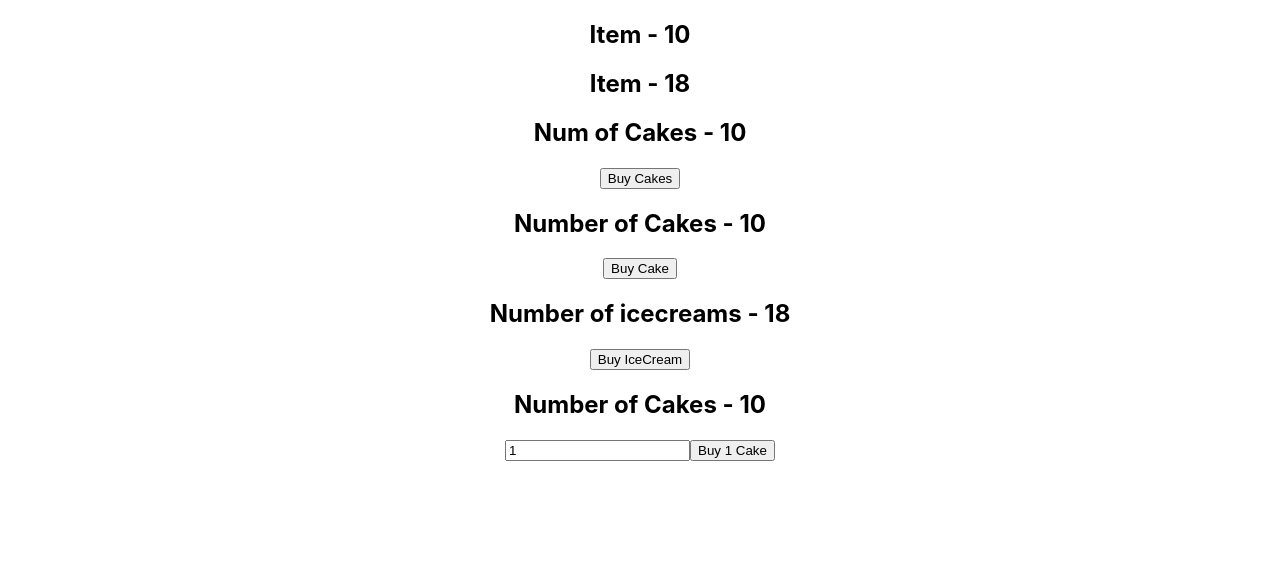
Repository: hardikaureate/react-redux-demo-axios
Page: /
The author's editor kept a copy of each file at every save. The page is drawn from the files as they stood at one save, then again after the next save.
The browser window is 1280 px wide. The pictures show the whole page.
The project was rebuilt for these pictures with package versions that can differ from the ones it lists, and the page was loaded fresh each time.

Above is the page before, as saved 2020-11-04 18:18:58.

### src/App.js

import './App.css';
import { Provider } from 'react-redux'
import store from './redux/store'
import CakeContainer from './components/CakeContainer';
import HooksCakeContainer from './components/HooksCakeContainer';
import IceCreamContainer from './components/IceCreamContainer';
import NewCakeContainer from './components/NewCakeContainer';
import ItemContainer from './components/ItemContainer';

function App() {
  return (
    <Provider store={store}>
    <div className="App">
    <ItemContainer cake />
    <ItemContainer iceCream />
      <HooksCakeContainer />
      <CakeContainer />
      <IceCreamContainer />
      <NewCakeContainer />
    </div>
    </Provider>
  );
}

export default App;

### src/redux/store.js
import { createStore, applyMiddleware } from 'redux'
import logger from 'redux-logger'
import { composeWithDevTools } from 'redux-devtools-extension'
//import cakeReducer from './cake/cakeReducer'
import rootReducer from './rootReducer'

const store = createStore(rootReducer, composeWithDevTools(applyMiddleware(logger)))

export default store

### src/components/CakeContainer.js
import React from 'react'
import {connect} from 'react-redux'
import { buyCake } from '../redux'

function CakeContainer(props) {
    return (
        <div>
            <h2>Number of Cakes - {props.numOfCakes}</h2>
            <button onClick={props.buyCake}>Buy Cake</button>
        </div>
    )
}

const mapStateTOProps = state => {
    return{
        numOfCakes: state.cake.numOfCakes
    }
}

const mapDispatchToProps = dispatch => {
    return {
        buyCake: () => dispatch(buyCake())
    }
}

export default connect(mapStateTOProps, mapDispatchToProps)(CakeContainer)

### src/components/HooksCakeContainer.js
import React from 'react'
import { useSelector, useDispatch } from 'react-redux'
import { buyCake } from '../redux'

function HooksCakeContainer() {
    const numOfCakes =  useSelector(state => state.cake.numOfCakes)
    const dispatch = useDispatch()
    return (
        <div>
            <h2>Num of Cakes - {numOfCakes} </h2>
            <button onClick={() => dispatch(buyCake())}>Buy Cakes</button>
        </div>
    )
}

export default HooksCakeContainer

### src/components/IceCreamContainer.js
import React from 'react'
import {connect} from 'react-redux'
import { buyIceCream } from '../redux'

function IceCreamContainer(props) {
    return (
        <div>
            <h2>Number of icecreams - {props.numOfIceCreams}</h2>
            <button onClick={props.buyIceCream}>Buy IceCream</button>
        </div>
    )
}

const mapStateTOProps = state => {
    return{
        numOfIceCreams: state.iceCream.numOfIceCreams
    }
}

const mapDispatchToProps = dispatch => {
    return {
        buyIceCream: () => dispatch(buyIceCream())
    }
}

export default connect(mapStateTOProps, mapDispatchToProps)(IceCreamContainer)

### src/components/NewCakeContainer.js
import React, { useState } from 'react'
import {connect} from 'react-redux'
import { buyCake } from '../redux'

function NewCakeContainer(props) {
    const [number, setNumber] = useState(1)
    return (
        <div>
            <h2>Number of Cakes - {props.numOfCakes}</h2>
            <input type="text" value={number} onChange={(e) => setNumber(e.target.value)} />
            <button onClick={() => props.buyCake(number)}>Buy {number} Cake</button>
        </div>
    )
}

const mapStateTOProps = state => {
    return{
        numOfCakes: state.cake.numOfCakes
    }
}

const mapDispatchToProps = dispatch => {
    return {
        buyCake: number => dispatch(buyCake(number))
    }
}

export default connect(mapStateTOProps, mapDispatchToProps)(NewCakeContainer)

### src/components/ItemContainer.js
import React from 'react'
import {connect} from 'react-redux'
import { buyCake, buyIceCream } from '../redux'
//import { buyIceCream } from '../redux/IceCream/iceCreamActions'
function ItemContainer(props) {
    return (
        <div>
            <h2>Item - {props.item}</h2>
        </div>
    )
}

const mapStateToProps = (state, ownProps) =>{
    const itemState = ownProps.cake ? state.cake.numOfCakes : state.iceCream.numOfIceCreams

    return {
        item: itemState
    }
}


const mapDispatchToProps = (dispatch, ownProps) => {
    const dispatchFunction = ownProps.cake ? () => dispatch(buyCake()) : dispatch(buyIceCream())

    return {
        buyItem: dispatchFunction
    }
}
export default connect(mapStateToProps, mapDispatchToProps)(ItemContainer)

### src/redux/rootReducer.js
import { combineReducers } from 'redux'
import cakeReducer from './cake/cakeReducer'
import iceCreamReducer from './iceCream/iceCreamReducer'


const rootReducer = combineReducers({
    cake: cakeReducer,
    iceCream: iceCreamReducer
})

export default rootReducer

### src/redux/index.js
export { buyCake } from './cake/cakeActions'
export { buyIceCream } from './iceCream/iceCreamActions'

### src/redux/cake/cakeReducer.js
import {BUY_CAKE} from './cakeTypes'

const initialState = {
    numOfCakes: 10
}
const cakeReducer = (state = initialState, action) => {
    switch(action.type) {
        case BUY_CAKE: return {
            ...state,
            numOfCakes: state.numOfCakes - action.payload
        }
        default:return state
    }
}
export default cakeReducer

### src/redux/iceCream/iceCreamReducer.js
import {BUY_ICECREAM} from './iceCreamTypes'

const initialState = {
    numOfIceCreams: 20
}

const iceCreamReducer = (state = initialState, action) => {
    switch(action.type) {
        case BUY_ICECREAM: return{
            ...state,
            numOfIceCreams: state.numOfIceCreams - 1
        }
        default: return state
    }
}

export default iceCreamReducer

### src/redux/cake/cakeActions.js
import {BUY_CAKE} from './cakeTypes'

export const buyCake = (number = 1) => {
    return {
        type: BUY_CAKE,
        payload: number
    }
}

### src/redux/iceCream/iceCreamActions.js
import { BUY_ICECREAM } from './iceCreamTypes'

export const buyIceCream = () => {
  return {
    type: BUY_ICECREAM
  }
}

Loaded but not shown: public/index.html (common file); src/index.js (common file); src/index.css (common file); src/reportWebVitals.js (common file); src/App.css (common file); src/redux/cake/cakeTypes.js (common file); src/redux/IceCream/IceCreamTypes.js (common file)

After the next save:
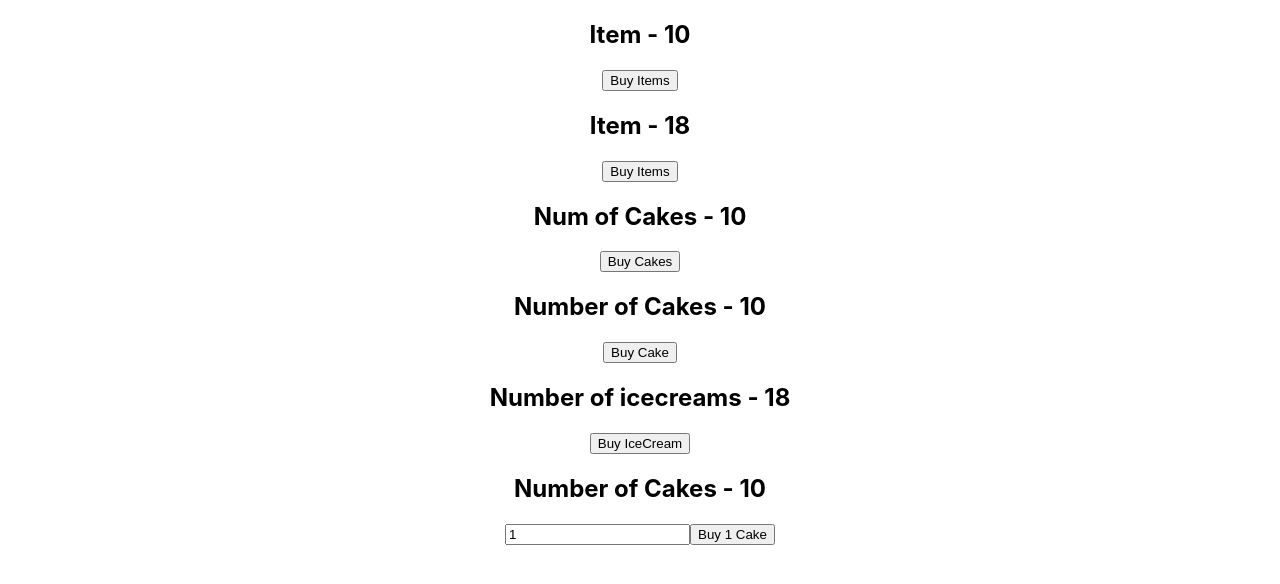
Saved 64 s later.
--- a/src/components/ItemContainer.js
+++ b/src/components/ItemContainer.js
@@ -6,6 +6,7 @@ function ItemContainer(props) {
     return (
         <div>
             <h2>Item - {props.item}</h2>
+            <button onClick={props.buyItem}>Buy Items</button>
         </div>
     )
 }
